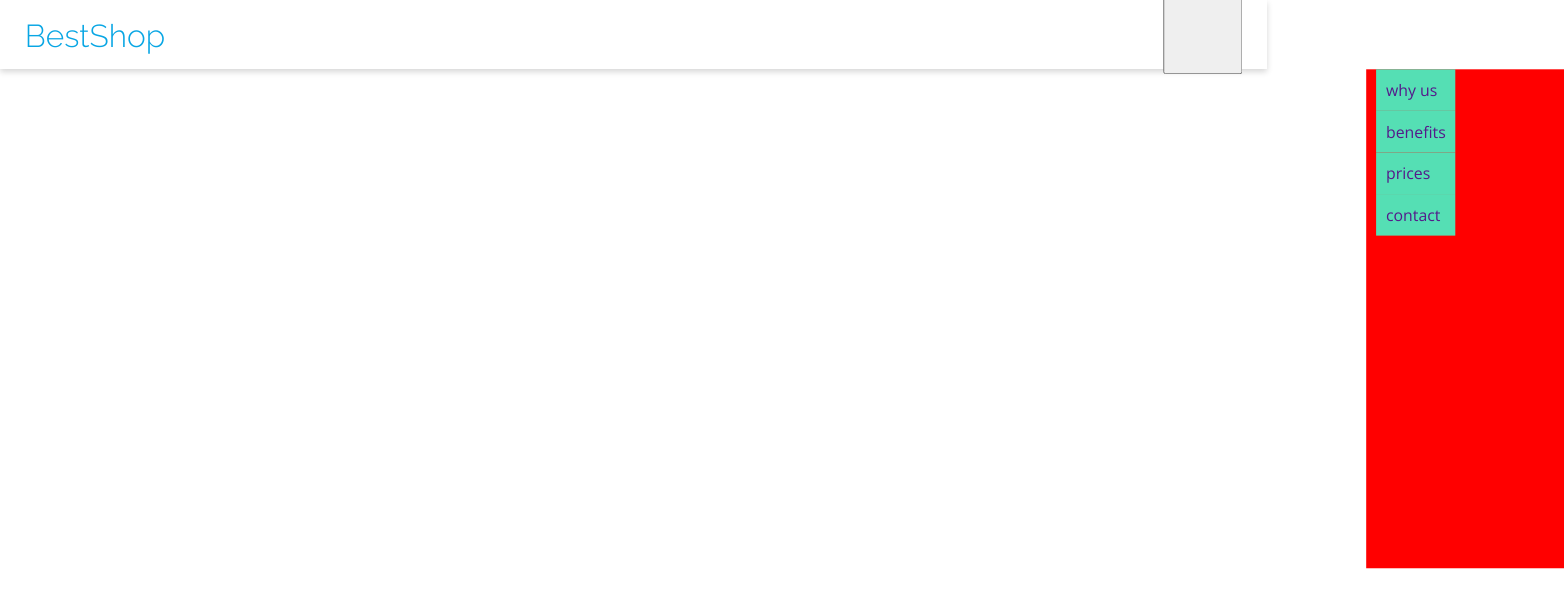
Repository: artwol993/BestShop
Page: index.html
The author's editor kept a copy of each file at every save. The page is drawn from the files as they stood at one save, then again after the next save.
The browser window is 1280 px wide. The page is 1580 px wide, so the pictures cover 1580 px, including what lies to the right of the window. The pictures show the whole page, at 99% of full size.
The style sheet was rebuilt from its Sass, Less or Tailwind sources for each picture, by a compiler version that may differ from the author's.

Above is the page before, as saved 2020-05-27 00:03:27.

After the next save:
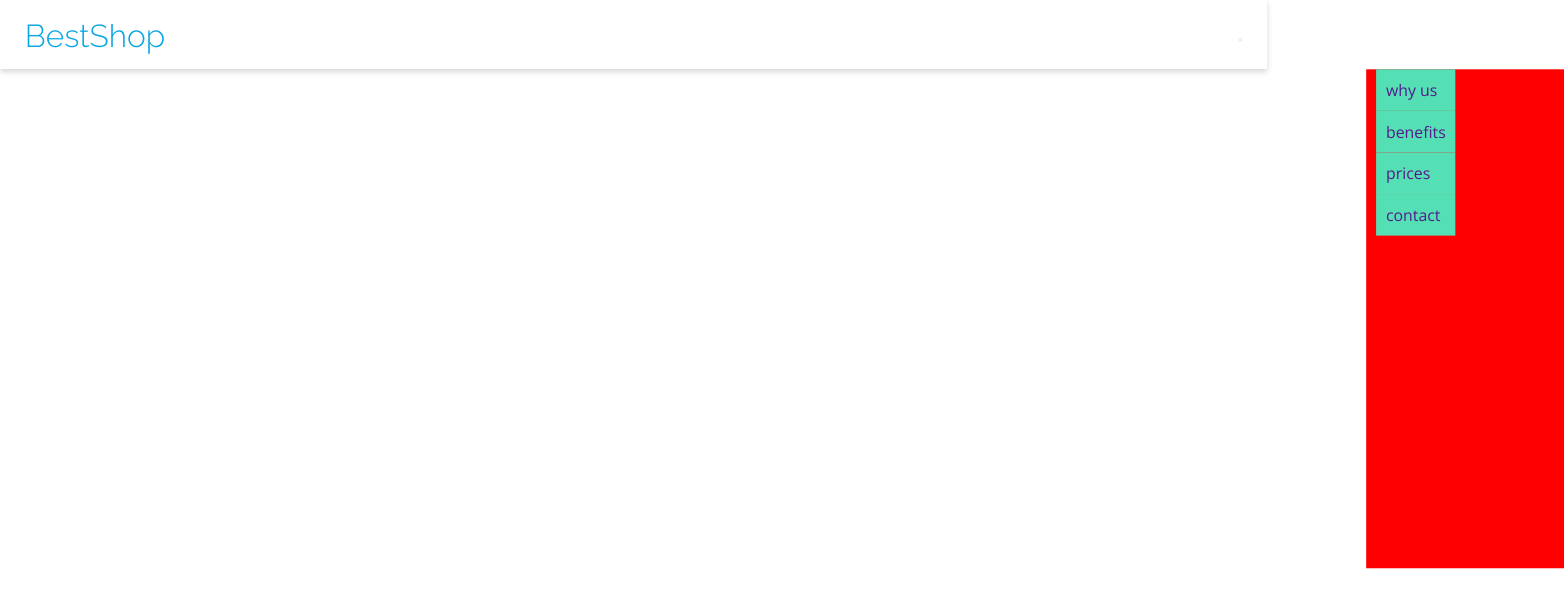
Saved 20 h 55 min later.
--- a/index.html
+++ b/index.html
@@ -17,8 +17,10 @@
         <header>
             <div class="logo">BestShop</div>
             <nav class="nav">
-                <button class="menu-btn">
-                    <div class="menu-tn__details"></div>
+                <button class="hamburger" aria-label="Menu">
+                    <span class="hamburger__container" tabindex="-1">
+                        <span class="hamburger__bars"></span>
+                      </span>
                 </button>
                 <div class="side__menu">
                     <ul class="nav__list">
